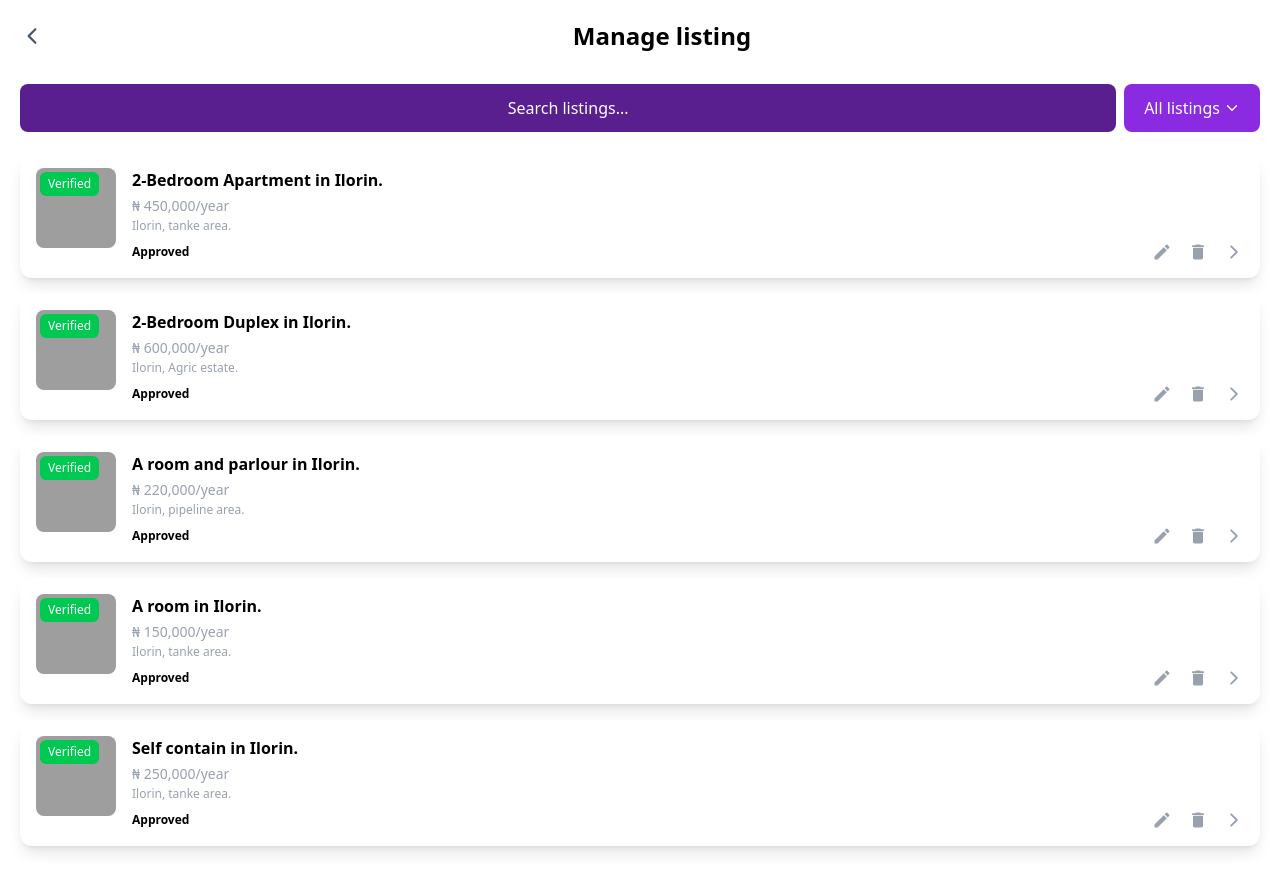
Repository: Em-driod/spotify-clone
Page: /Manage
The author's editor kept a copy of each file at every save. The page is drawn from the files as they stood at one save, then again after the next save.
The browser window is 1280 px wide. The pictures show the whole page.
Pictures or frames that could not be fetched are drawn as grey boxes. The project was rebuilt for these pictures with package versions that can differ from the ones it lists, and the page was loaded fresh each time. Also part of the build but not shown: vite.config.ts, src/pages/veryify.tsx, src/pages/LandingPage.tsx, src/pages/Back.tsx, src/pages/Change.tsx, src/pages/onboard.tsx, src/pages/Skips.tsx, src/pages/Otp.tsx and 6 more.

Above is the page before, as saved 2025-07-09 17:07:54.

### src/App.tsx
import { BrowserRouter as Router, Routes, Route, useLocation } from 'react-router-dom';
import { AnimatePresence } from 'framer-motion';
import Welcome from './pages/veryify';
import LandingPage from './pages/LandingPage';
import Back from './pages/Back';
import Change from './pages/Change';
import Skips from './pages/Skips';
import Otp from './pages/Otp';
import First from './pages/First';
import Second from './pages/second';
import Fourth from './pages/fourth';
import Third from './pages/Third';
import Fifth from './pages/fifth';
import Signup from './pages/Signup';
import Manage from  './pages/Manage'


const AnimatedRoutes = () => {
  const location = useLocation();

  return (
    <AnimatePresence mode="wait">
      <Routes location={location} key={location.pathname}>
        <Route path="/" element={<LandingPage />} />
        <Route path="/skip" element={<Skips />} />
       <Route path="/welcome" element={<Welcome />} />
       <Route path="/back" element={<Back />} />
       <Route path="/forget" element={<Change />} />
       <Route path="/Otp" element={<Otp />} />
       <Route path="/first" element={<First />} />
       <Route path="/second" element={<Second />} />
        <Route path="/third" element={<Third />} />
        <Route path="/fourth" element={<Fourth />} />
        <Route path="/fifth" element={<Fifth />} />
        <Route path="/signup" element={<Signup />} />
        <Route path="/Manage" element={<Manage />} />
        {/* Add more routes as needed */}

      </Routes>
    </AnimatePresence>
  );
};

const App = () => {
  return (
    <Router>
      <AnimatedRoutes />
    </Router>
  );
};

export default App;

### src/pages/Manage.tsx
import { IoIosArrowBack, IoIosArrowDown } from 'react-icons/io';
import { MdEdit, MdDelete } from 'react-icons/md';

const Manage = () => {
  const listings = [
    {
      id: 1,
      image: '/path/to/your/bedroom-apartment.png', // Replace with actual image paths
      type: '2-Bedroom Apartment in Ilorin.',
      price: '₦ 450,000/year',
      location: 'Ilorin, tanke area.',
      status: 'Approved',
    },
    {
      id: 2,
      image: '/path/to/your/duplex.png',
      type: '2-Bedroom Duplex in Ilorin.',
      price: '₦ 600,000/year',
      location: 'Ilorin, Agric estate.',
      status: 'Approved',
    },
    {
      id: 3,
      image: '/path/to/your/room-parlour.png',
      type: 'A room and parlour in Ilorin.',
      price: '₦ 220,000/year',
      location: 'Ilorin, pipeline area.',
      status: 'Approved',
    },
    {
      id: 4,
      image: '/path/to/your/room.png',
      type: 'A room in Ilorin.',
      price: '₦ 150,000/year',
      location: 'Ilorin, tanke area.',
      status: 'Approved',
    },
    {
      id: 5,
      image: '/path/to/your/self-contain.png',
      type: 'Self contain in Ilorin.',
      price: '₦ 250,000/year',
      location: 'Ilorin, tanke area.',
      status: 'Approved',
    },
  ];

  const handleEdit = (id) => {
    // Implement your edit logic here
    console.log('Edit listing with ID:', id);
    alert(`Editing listing with ID: ${id}`);
  };

  const handleDelete = (id) => {
    // Implement your delete logic here
    console.log('Delete listing with ID:', id);
    alert(`Deleting listing with ID: ${id}`);
  };

  return (
    <div className="min-h-screen p-5 bg-white text-black font-sans">
      {/* Header */}
      <div className="flex items-center mb-8">
        <IoIosArrowBack size={24} className="text-gray-600 mr-5 cursor-pointer" />
        <h1 className="text-2xl font-bold text-center flex-grow">Manage listing</h1>
      </div>

      {/* Search and Filter */}
      <div className="flex justify-between mb-5">
        <button className="bg-[#5a1f8e] text-white rounded-lg px-5 py-3 text-base cursor-pointer flex-1 mr-2">
          Search listings...
        </button>
        <button className="bg-[#8a2be2] text-white rounded-lg px-5 py-3 text-base cursor-pointer flex items-center">
          All listings <IoIosArrowDown size={16} className="ml-1" />
        </button>
      </div>

      {/* Listings */}
      <div>
        {listings.map((listing) => (
          <div key={listing.id} className="bg-white rounded-xl p-4 mb-4 flex items-start shadow-lg">
            <div className="relative mr-4">
              {/* Verified Badge */}
              <span className="absolute top-1 left-1 bg-green-500 text-white text-xs px-2 py-1 rounded-md z-10">Verified</span>
              <img src={listing.image} alt={listing.type} className="w-20 h-20 rounded-lg object-cover" />
            </div>
            <div className="flex-1 min-w-0"> {/* Use min-w-0 to allow content to shrink */}
              <h3 className="text-base font-bold mb-1 break-words">{listing.type}</h3> {/* break-words for long text */}
              <p className="text-sm text-gray-400 mb-0.5">{listing.price}</p>
              <p className="text-xs text-gray-400 mb-2">{listing.location}</p>
              <div className="flex items-center justify-between mt-2"> {/* New flex container for status and actions */}
                <p className="text-xs text-black font-bold">{listing.status}</p>
                <div className="flex items-center">
                  <MdEdit size={20} className="text-gray-400 ml-4 cursor-pointer" onClick={() => handleEdit(listing.id)} />
                  <MdDelete size={20} className="text-gray-400 ml-4 cursor-pointer" onClick={() => handleDelete(listing.id)} />
                  <IoIosArrowBack size={20} className="text-gray-400 ml-4 cursor-pointer rotate-180" /> {/* Rotated for forward */}
                </div>
              </div>
            </div>
          </div>
        ))}
      </div>
    </div>
  );
};

export default Manage;

Loaded but not shown: index.html (common file); src/main.tsx (common file); src/index.css (common file)

After the next save:
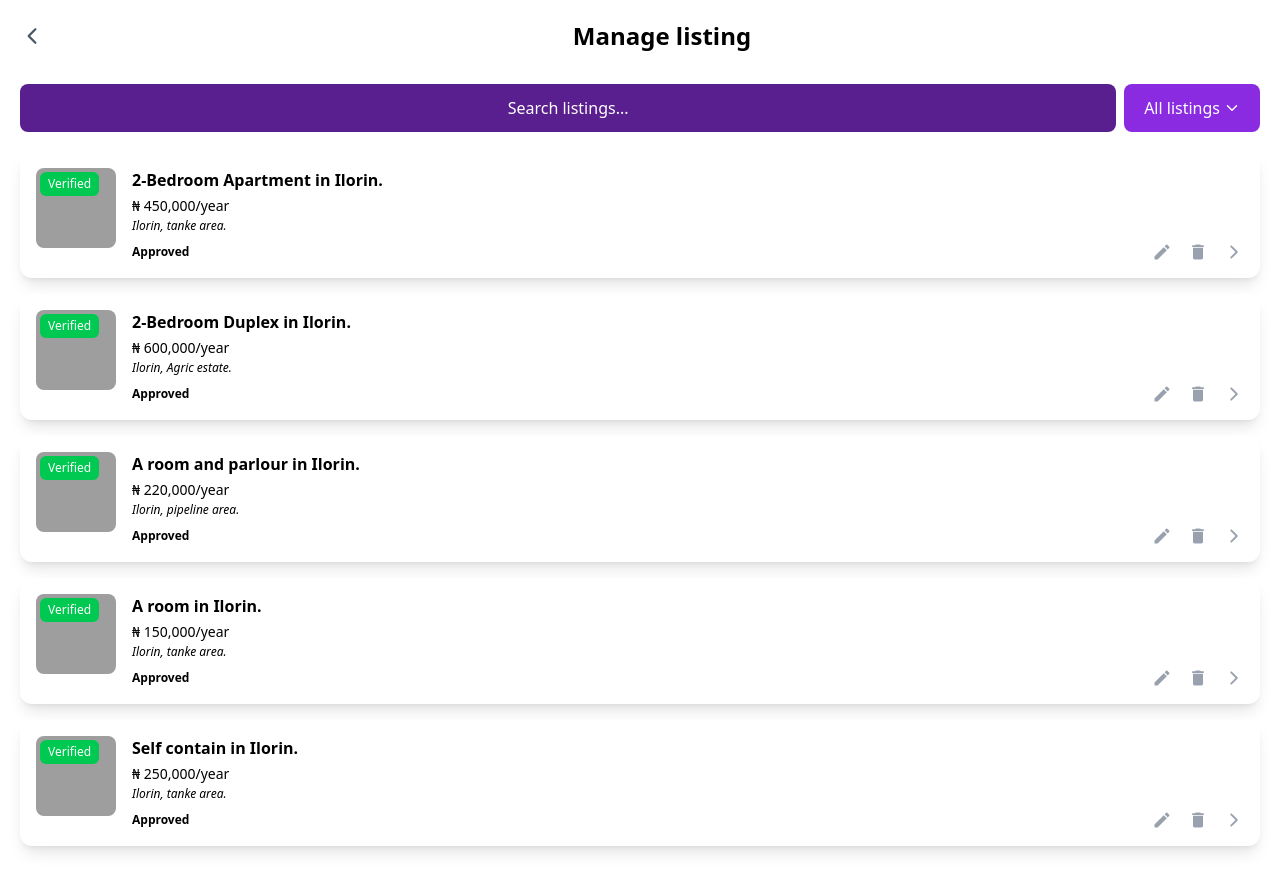
Saved 3 min 32 s later.
--- a/src/pages/Manage.tsx
+++ b/src/pages/Manage.tsx
@@ -86,8 +86,8 @@ const Manage = () => {
             </div>
             <div className="flex-1 min-w-0"> {/* Use min-w-0 to allow content to shrink */}
               <h3 className="text-base font-bold mb-1 break-words">{listing.type}</h3> {/* break-words for long text */}
-              <p className="text-sm text-gray-400 mb-0.5">{listing.price}</p>
-              <p className="text-xs text-gray-400 mb-2">{listing.location}</p>
+              <p className="text-sm text-black mb-0.5">{listing.price}</p>
+              <p className="text-xs text-black-400 italic mb-2">{listing.location}</p>
               <div className="flex items-center justify-between mt-2"> {/* New flex container for status and actions */}
                 <p className="text-xs text-black font-bold">{listing.status}</p>
                 <div className="flex items-center">
